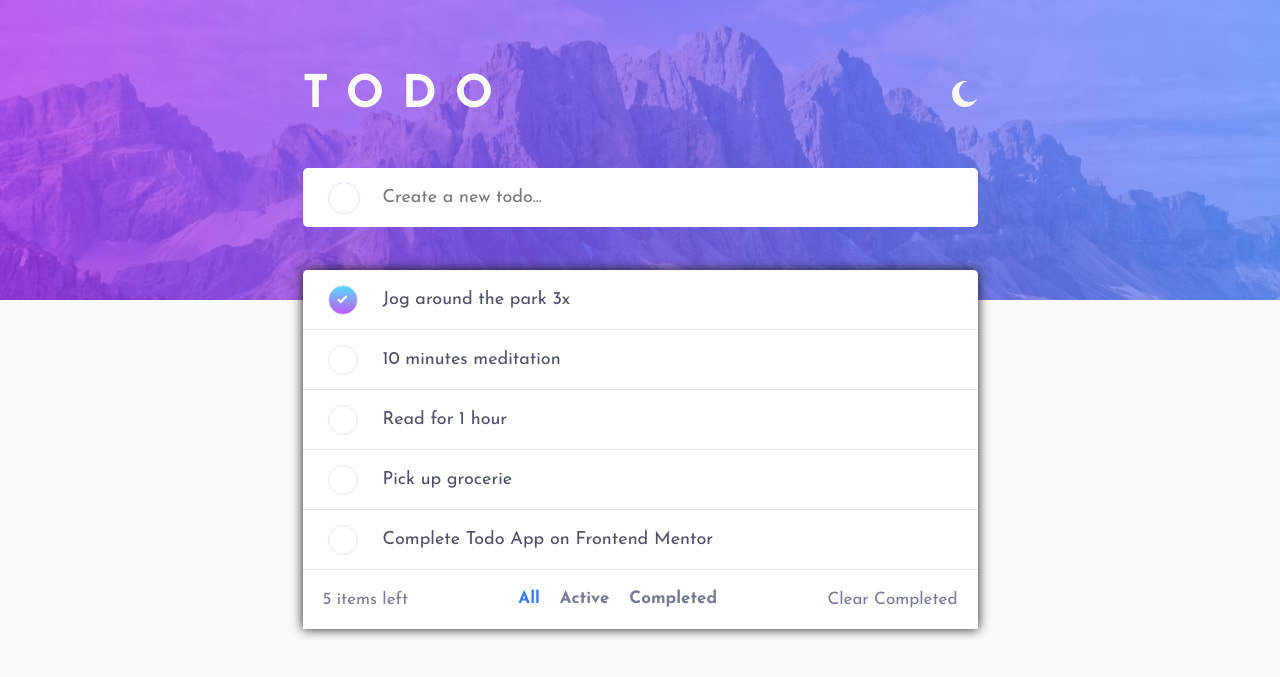
Repository: tomas938/todo-app
Page: /
These files come from the project's save history. The page is drawn as it stood at one moment and after a run of saves; the edit follows.
The browser window is 1280 px wide. The pictures show the whole page.
The project was rebuilt for these pictures with package versions that can differ from the ones it lists, and the page was loaded fresh each time.

Above is the page before, as saved 2021-08-19 20:52:16.

After the next 2 saves:
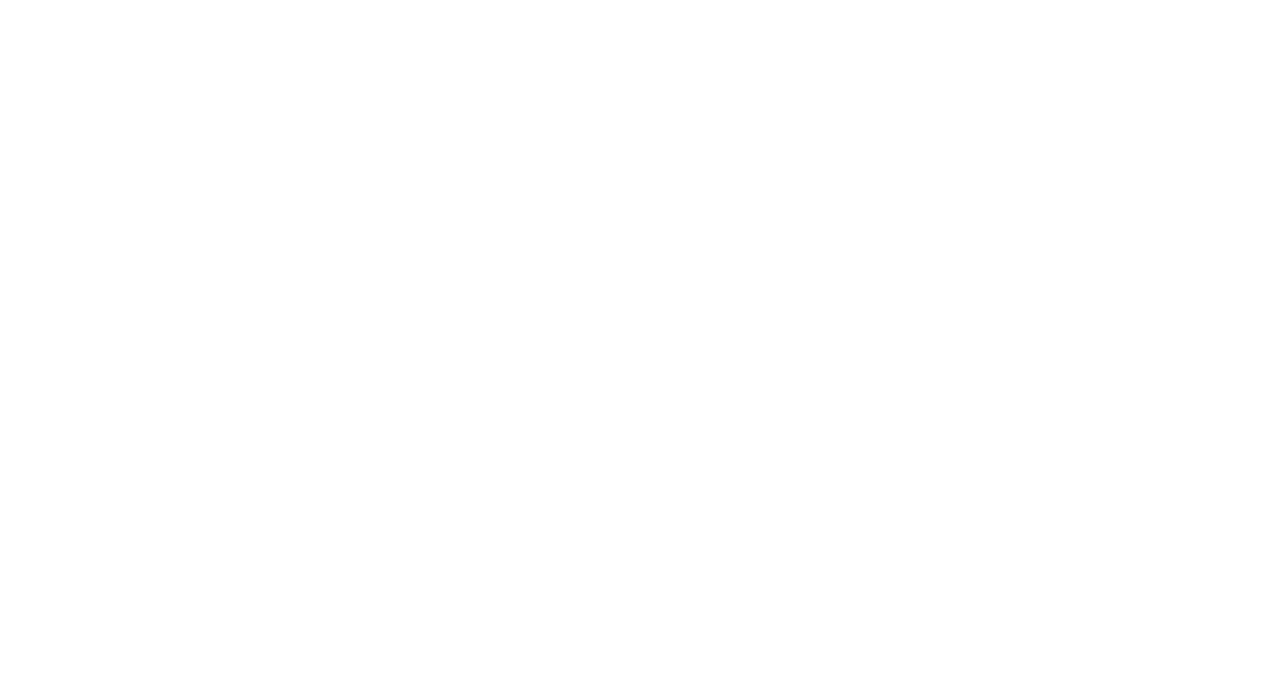
Console error: TypeError: Cannot read properties of null (reading 'length')
The 2 saves are shown as one change because 1 did not build or start.
The last was saved 93 s later.
--- a/src/components/Todos.vue
+++ b/src/components/Todos.vue
@@ -65,28 +65,29 @@
 	data() {
 		return {
 			LOCAL_STORAGE_KEY: "todoApp",
-			todos: JSON.parse(localStorage.getItem(this.LOCAL_STORAGE_KEY)) || [
-				{
-					name: "Jog around the park 3x",
-					completed: true,
-				},
-				{
-					name: "10 minutes meditation",
-					completed: false,
-				},
-				{
-					name: "Read for 1 hour",
-					completed: false,
-				},
-				{
-					name: "Pick up grocerie",
-					completed: false,
-				},
-				{
-					name: "Complete Todo App on Frontend Mentor",
-					completed: false,
-				},
-			],
+			todos: JSON.parse(localStorage.getItem(this.LOCAL_STORAGE_KEY)),
+			//  || [
+			// 	{
+			// 		name: "Jog around the park 3x",
+			// 		completed: true,
+			// 	},
+			// 	{
+			// 		name: "10 minutes meditation",
+			// 		completed: false,
+			// 	},
+			// 	{
+			// 		name: "Read for 1 hour",
+			// 		completed: false,
+			// 	},
+			// 	{
+			// 		name: "Pick up grocerie",
+			// 		completed: false,
+			// 	},
+			// 	{
+			// 		name: "Complete Todo App on Frontend Mentor",
+			// 		completed: false,
+			// 	},
+			// ],
 			filter: "all",
 		};
 	},

After the save that followed:
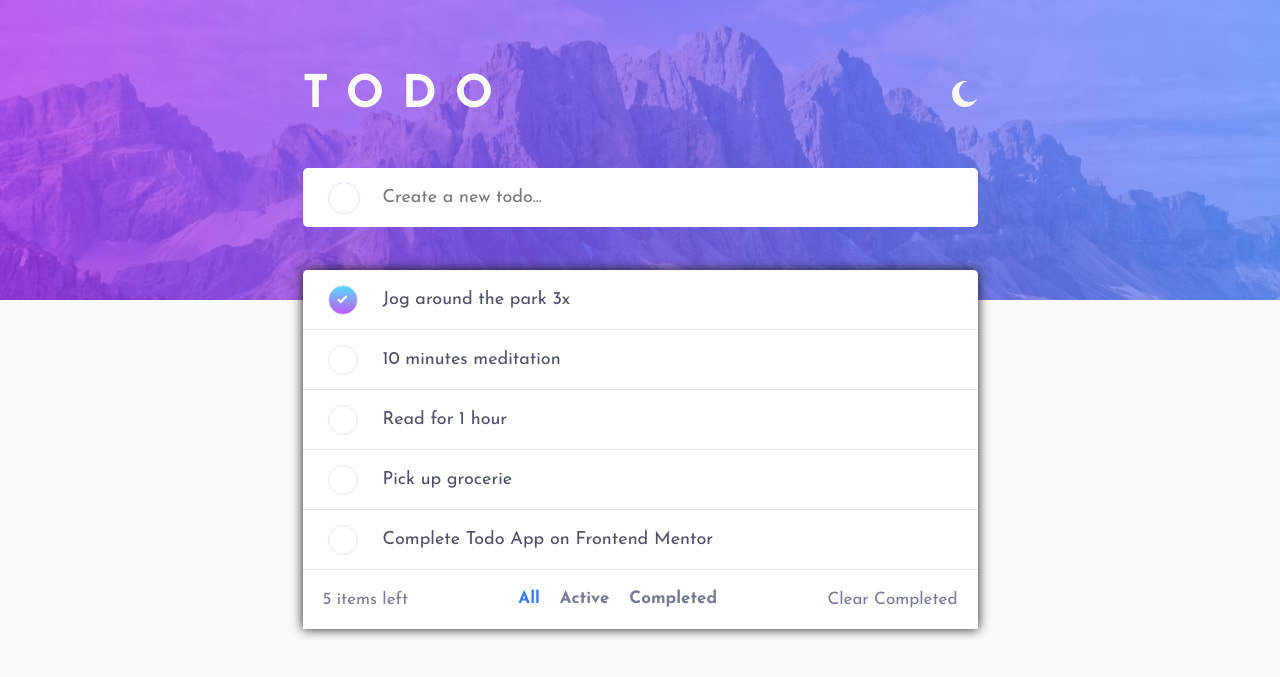
The error is gone.
Saved 53 s later.
--- a/src/components/Todos.vue
+++ b/src/components/Todos.vue
@@ -65,29 +65,28 @@
 	data() {
 		return {
 			LOCAL_STORAGE_KEY: "todoApp",
-			todos: JSON.parse(localStorage.getItem(this.LOCAL_STORAGE_KEY)),
-			//  || [
-			// 	{
-			// 		name: "Jog around the park 3x",
-			// 		completed: true,
-			// 	},
-			// 	{
-			// 		name: "10 minutes meditation",
-			// 		completed: false,
-			// 	},
-			// 	{
-			// 		name: "Read for 1 hour",
-			// 		completed: false,
-			// 	},
-			// 	{
-			// 		name: "Pick up grocerie",
-			// 		completed: false,
-			// 	},
-			// 	{
-			// 		name: "Complete Todo App on Frontend Mentor",
-			// 		completed: false,
-			// 	},
-			// ],
+			todos: JSON.parse(localStorage.getItem(this.LOCAL_STORAGE_KEY)) || [
+				{
+					name: "Jog around the park 3x",
+					completed: true,
+				},
+				{
+					name: "10 minutes meditation",
+					completed: false,
+				},
+				{
+					name: "Read for 1 hour",
+					completed: false,
+				},
+				{
+					name: "Pick up grocerie",
+					completed: false,
+				},
+				{
+					name: "Complete Todo App on Frontend Mentor",
+					completed: false,
+				},
+			],
 			filter: "all",
 		};
 	},
